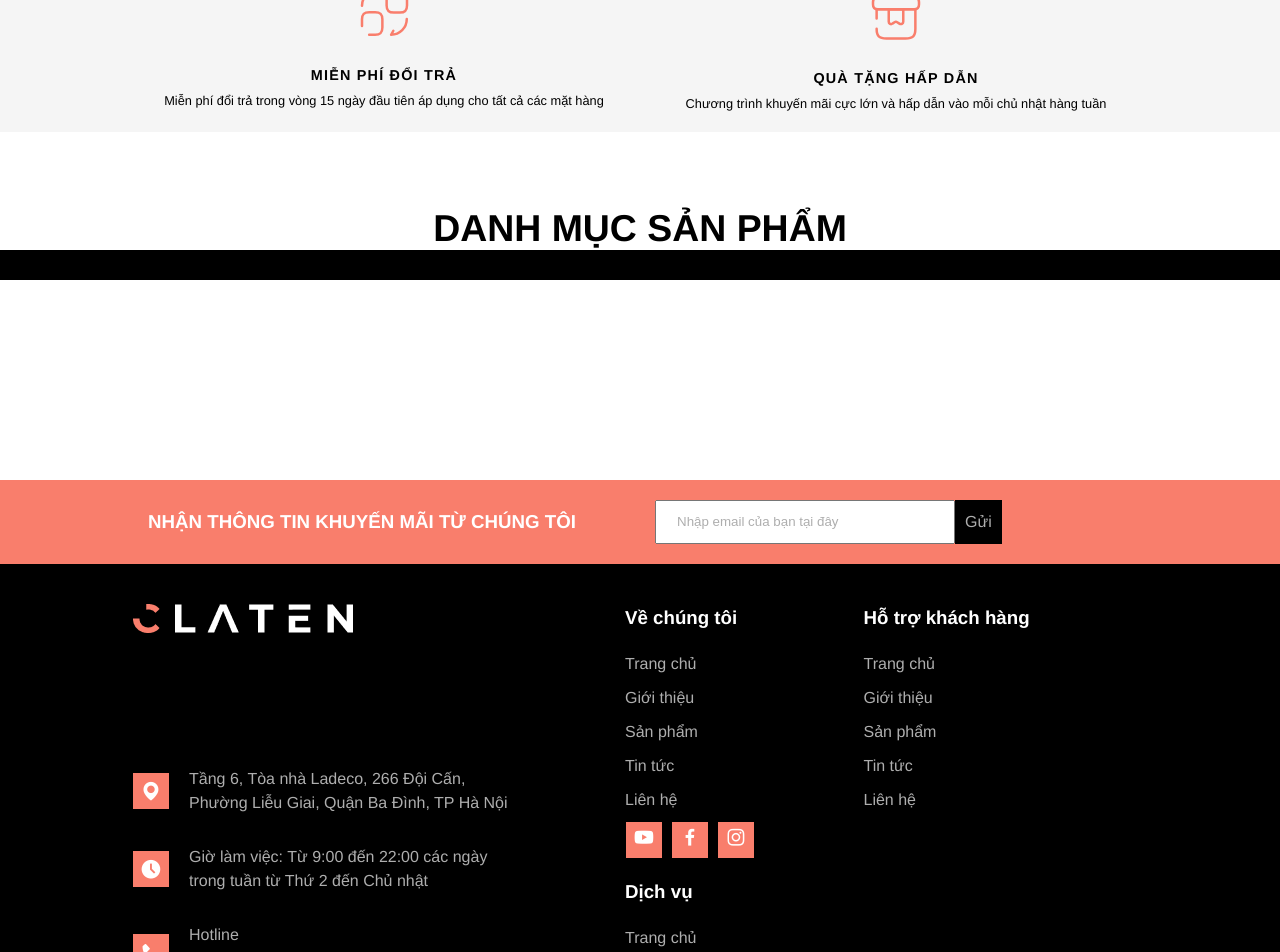
Repository: RennoPMXK/doan
Page: index.html
These files come from the project's save history. The page is drawn as it stood at one moment and after the next save; the edit follows.
The browser window is 1280 px wide. The pictures show the part of the page from y = 763 to 1715 px (the page is 1869 px tall before and 1842 px after).

Above is the page before, as saved 2021-11-16 20:30:34.

### index.html
<!DOCTYPE html>
<html lang="en">
<head>
    <meta charset="UTF-8">
    <meta http-equiv="X-UA-Compatible" content="IE=edge">
    <meta name="viewport" content="width=device-width, initial-scale=1.0">
    <title>Document</title>
    <link rel="stylesheet" href="./grid.css">
    <link rel="stylesheet" href="./style.css">
    <link rel="stylesheet" href="./responsible.css">
    <link href='https://unpkg.com/boxicons@2.0.9/css/boxicons.min.css' rel='stylesheet'>
</head>
<body>
    <div class="navbar">
        <div class="navbar-wrapper">
            <a class="logo">
                <img src="./img/logo.png" alt="">
            </a>

            <div class="navbar-menu mobile-menu">
                <i class='bx bx-x mobile-close-icon'></i>
                <li class="navbar-menu-item"><a class = 'active' href="#">Trang chủ</a></li>
                <li class="navbar-menu-item"><a href="#">Giới thiệu</a></li>
                <li class="navbar-menu-item"><a href="#">Sản phẩm <i class='bx bxs-down-arrow navbar-menu-icon'></i></a>
                    <ul class="navbar-sub-menu">
                        <li class="navbar-sub-menu-item"><a href="">Đồng hồ nam</a></li>
                        <li class="navbar-sub-menu-item"><a href="">Đồng hồ nữ</a></li>
                        <li class="navbar-sub-menu-item"><a href="">Đồng hồ mới về</a></li>
                        <li class="navbar-sub-menu-item"><a href="">Phụ kiện nam</a></li>
                        <li class="navbar-sub-menu-item"><a href="">Phụ kiện nữ</a></li>
                    </ul>
                </li>
                <li class="navbar-menu-item"><a href="#">Tin tức</a></li>
                <li class="navbar-menu-item"><a href="#">Liên hệ</a></li>
            </div>

            <div class="navbar-icon">
                 <li class="navbar-icon-item"><a href=""><i class='bx bx-search-alt'></i></a></li>
                 <li class="navbar-icon-item"><a href=""><i class='bx bx-user'></i></a></li>
                 <li class="navbar-icon-item"><a href="#"><i class='bx bx-shopping-bag bx-tada ' ></i></a></li>
                 <li class="navbar-icon-item"><a href="#"><i class='bx bx-menu-alt-right menu-icon'></i></a></li>

            </div>
        </div>
        <div class="modal"></div>
    </div>

    <div class="hero-section">

             <div class="bgimg slide-item fade" style="background-image: url(./img/1a\(32\).jpg)">
                 <div class="caption">
                     <h2 class="top-down delay-2">
                        ĐỒNG HỒ ROLEX

                     </h2>

                     <p class="top-down delay-4">
                       Lorem ipsum dolor sit amet consectetur adipisicing elit. Aut eligendi voluptates enim tempora cupiditate ex minus aperiam impedit maxime nam. Sunt neque amet veniam vitae adipisci impedit aliquam officia hic.
                     </p>

                     <button class="top-down delay-6">
                         MUA NGAY
                     </button>
                 </div>

             </div>


             <div class="bgimg slide-item fade" style="background-image: url(./img/dong-ho-thoi-trang-rolex-banner.jpg)">
                <div class="caption">
                    <h2>
                        ĐỒNG HỒ ROLEX
                    </h2>

                    <p>
                        Lorem ipsum dolor sit amet consectetur adipisicing elit. Aut eligendi voluptates enim tempora cupiditate ex minus aperiam impedit maxime nam. Sunt neque amet veniam vitae adipisci impedit aliquam officia hic.
                    </p>

                    <button>
                        MUA NGAY
                    </button>
                </div>

             </div>


             <div class="bgimg slide-item fade" style="background-image: url(./img/Banchay_Longines_banner-1024x427.jpg)">
                <div class="caption">
                    <h2>
                        ĐỒNG HỒ ROLEX
                    </h2>

                    <p>
                        Lorem ipsum dolor sit amet consectetur adipisicing elit. Aut eligendi voluptates enim tempora cupiditate ex minus aperiam impedit maxime nam. Sunt neque amet veniam vitae adipisci impedit aliquam officia hic.
                    </p>

                    <button>
                        MUA NGAY
                    </button>
                </div>

             </div>


             <div class="slide-control">
                <div class="slide-control-wrapper">
                    <span class="dot" onclick="chooseSlide(0)"></span>
                    <span class="dot"  onclick="chooseSlide(1)"></span>
                    <span class="dot" onclick="chooseSlide(2)" ></span>

                </div>
             </div>

    </div>

    <div class="hero-section-mini ">
        <div class="container row">
            <div class="hero-section-mini-item col-3 col-md-6 col-sm-6">
                <img src="./img/icon_service_1.svg" alt="">
                 <h3>VẬN CHUYỂN TOÀN CẦU</h3>
                 <p>Chúng tôi miễn phí vận chuyển tất cả đơn hàng trị giá trên 2.000.000Đ</p>
            </div>

            <div class="hero-section-mini-item col-3 col-md-6 col-sm-6">
               <img src="./img/icon_service_2.svg" alt="">
                <h3>HỖ TRỢ ONLINE 24/24</h3>
                <p>Chúng tôi luôn hỗ trợ khách hàng 24/24 tất cả ngày trong tuần</p>
           </div>

           <div class="hero-section-mini-item col-3 col-md-6 col-sm-6">
               <img src="./img/icon_service_3.svg" alt="">
                <h3>MIỄN PHÍ ĐỔI TRẢ</h3>
                <p>Miễn phí đổi trả trong vòng 15 ngày đầu tiên áp dụng cho tất cả các mặt hàng</p>
           </div>

           <div class="hero-section-mini-item col-3 col-md-6 col-sm-6">
               <img src="./img/icon_service_4.svg" alt="">
                <h3>QUÀ TẶNG HẤP DẪN</h3>
                <p>Chương trình khuyến mãi cực lớn và hấp dẫn vào mỗi chủ nhật hàng tuần</p>
           </div>

        </div>
    </div>

    <section class="product-list">
        <div class="section-title">
            <h3>DANH MỤC SẢN PHẨM</h3>
            <div class="title-line"></div>
        </div>
    </section>

    <div class="footer">
        <div class="footer-contact">
            <div class="container">
                <div class= "footer-contact-content row">
                    <h3 class="col-6 col-md-6 col-sm-12">NHẬN THÔNG TIN KHUYẾN MÃI TỪ CHÚNG TÔI</h3>
                    <div class="form col-6 col-md-6 col-sm-12">
                        <input type="text" placeholder="Nhập email của bạn tại đây"><a href="">Gửi</a></input>

                    </div>

                </div>

            </div>

         </div>
        <div class="container">

            <div class="wrapper row ">
                <div class="footer-logo row col-5 col-md-6 col-sm-12">
                    <a class="footer-img">
                        <img src="./img/logo.png" alt="">
                    </a>

                    <ul class="footer-des">
                           <li class="footes-des-item">
                               <div class="footer-des-icon">
                                    <i class='bx bxs-map'></i>
                               </div>
                               <p>Tầng 6, Tòa nhà Ladeco, 266 Đội Cấn,<br> Phường Liễu Giai, Quận Ba Đình, TP Hà Nội</p>
                           </li>
                           <li class="footes-des-item">
                                <div class="footer-des-icon">
                                    <i class='bx bxs-time-five' ></i>
                                </div>
                               <p>Giờ làm việc: Từ 9:00 đến 22:00 các ngày <br>trong tuần từ Thứ 2 đến Chủ nhật</p>
                           </li>
                           <li class="footes-des-item">
                            <div class="footer-des-icon">
                                <i class='bx bxs-phone' ></i>
                             </div>
                               <p>Hotline<br>
                                   <span>19006750</span>
                               </p>
                           </li>
                    </ul>
                </div>

                <div class="footer-menu row col-7 col-md-6 col-sm-12">
                     <div class="footer-menu-item col-4 col-md-6 col-sm-12">
                         <h3>Về chúng tôi</h3>
                         <ul>
                            <li><a href="">Trang chủ</a></li>
                            <li><a href="">Giới thiệu</a></li>
                            <li><a href="">Sản phẩm</a></li>
                            <li><a href="">Tin tức</a></li>
                            <li><a href="">Liên hệ</a></li>
                         </ul>

                         <div class="footer-social">
                            <li><a href=""><i class='bx bxl-youtube' ></i></a></li>
                            <li><a href=""><i class='bx bxl-facebook' ></i></a></li>
                            <li><a href=""><i class='bx bxl-instagram' ></i></a></li>
                       </div>
                     </div>

                     <div class="footer-menu-item col-4 col-md-6 col-sm-12">
                        <h3>Hỗ trợ khách hàng</h3>
                        <ul>
                           <li><a href="">Trang chủ</a></li>
                           <li><a href="">Giới thiệu</a></li>
                           <li><a href="">Sản phẩm</a></li>
                           <li><a href="">Tin tức</a></li>
                           <li><a href="">Liên hệ</a></li>
                        </ul>
                    </div>

                    <div class="footer-menu-item col-4 col-md-6 col-sm-12">
                        <h3>Dịch vụ</h3>
                        <ul>
                           <li><a href="">Trang chủ</a></li>
                           <li><a href="">Giới thiệu</a></li>
                           <li><a href="">Sản phẩm</a></li>
                           <li><a href="">Tin tức</a></li>
                           <li><a href="">Liên hệ</a></li>
                        </ul>
                    </div>



                </div>


            </div>
        </div>
    </div>


    <script src="./app.js"></script>
</body>
</html>

### grid.css
.row {
    display: flex;
    flex-wrap: wrap;
    margin: 0 -15px;
}

[class*="col-"] {
    padding: 0 15px;
}

.col-1 {
    width: 8.33%;
}

.col-2 {
    width: 16.66%;
}

.col-3 {
    width: 25%;
}

.col-4 {
    width: 33.33%;
}

.col-5 {
    width: 41.66%;
}

.col-6 {
    width: 50%;
}

.col-7 {
    width: 58.33%;
}

.col-8 {
    width: 66.66%;
}

.col-9 {
    width: 75%;
}

.col-10 {
    width: 83.33%;
}

.col-11 {
    width: 91.66%;
}

.col-12 {
    width: 100%;
}

/* MEDIUM SCREEN */

@media only screen and (max-width: 1280px) {
    .col-md-1 {
        width: 8.33%;
    }

    .col-md-2 {
        width: 16.66%;
    }

    .col-md-3 {
        width: 25%;
    }

    .col-md-4 {
        width: 33.33%;
    }

    .col-md-5 {
        width: 41.66%;
    }

    .col-md-6 {
        width: 50%;
    }

    .col-md-7 {
        width: 58.33%;
    }

    .col-md-8 {
        width: 66.66%;
    }

    .col-md-9 {
        width: 75%;
    }

    .col-md-10 {
        width: 83.33%;
    }

    .col-md-11 {
        width: 91.66%;
    }

    .col-md-12 {
        width: 100%;
    }
}

/* SMALL SCREEN */

@media only screen and (max-width: 850px) {
    .col-sm-1 {
        width: 8.33%;
    }

    .col-sm-2 {
        width: 16.66%;
    }

    .col-sm-3 {
        width: 25%;
    }

    .col-sm-4 {
        width: 33.33%;
    }

    .col-sm-5 {
        width: 41.66%;
    }

    .col-sm-6 {
        width: 50%;
    }

    .col-sm-7 {
        width: 58.33%;
    }

    .col-sm-8 {
        width: 66.66%;
    }

    .col-sm-9 {
        width: 75%;
    }

    .col-sm-10 {
        width: 83.33%;
    }

    .col-sm-11 {
        width: 91.66%;
    }

    .col-sm-12 {
        width: 100%;
    }
}

### style.css
:root {
    --orangeprime : #F97E6C;
    --blackrgba : rgba(0, 0, 0, 0.945);
    --footer-color : #AEAEAE;
    --mini-hero-color : #f5f5f5;
}

html {
box-sizing: border-box;
}
*{
margin: 0;
padding: 0;
}
*,*:before,*:after {
box-sizing: border-box;
}
input,
textarea,
select,
button{
outline: none;
}
input{
line-height: normal;
}
label,
button{
cursor: pointer;
}
a {
text-decoration: none;

}
img {
display: block;

}

ul{
    list-style-type: none;
}

body {
    font-family: Montserrat,"Helvetica Neue",Helvetica;
}

span {
    color: var(--orangeprime);
    cursor: pointer;
    transition : all 0.3s linear;
    font-size: 1.4rem;
    font-weight: bold;
}

span:hover {
    color : white
}

li {
    list-style-type: none;
}

section {
    margin-top: 75px;
}

.container {
    margin : 0 auto;
    padding: 0 10%;
}
/* navbar */

.navbar {
    background-color: black;
    position: relative;

}

.navbar-wrapper {
   padding : 20px 0px;
   display: flex;
   align-items: center;
   justify-content: space-evenly;
}

.navbar-menu {
    display: flex;
    list-style-type: none;
}

.navbar-menu-icon {
    font-size: 0.5rem;
    transform: translateY(-2.5px);
    transition : 0.2s linear;
}

.navbar-menu-icon{
    transition: 0.2s ease-in-out;
}

.navbar-menu-icon.active {
    transform: rotate(-180deg);
}

.navbar-menu-item {
    position: relative;
}

.navbar-menu-item a.active {
    color: var(--orangeprime);
}

.navbar-menu-item ~ .navbar-menu-item {
    margin-left: 30px;
}

.navbar-menu-item a {
    color: white;
    font-size: 1rem;
    transition: 0.2s ease-in-out;
    letter-spacing: 1px;
}


.navbar-menu-item a:hover {
    color : var(--orangeprime);
}

.navbar-menu-item:nth-child(3) {
    position: relative;
}



.navbar-sub-menu{
    width: 150px;
    position: absolute;
    list-style-type: none;
    padding : 20px;
    background-color: var(--blackrgba);
    top: 30px;
    z-index: 100;
    display : none;
    transition: all 0.2s ease-in-out;
}


.navbar-menu-item:active .navbar-sub-menu {
    display : block;
    top: 30px;
}




.navbar-sub-menu-item {
   margin : 10px 0;
}

.navbar-sub-menu.active {
    display : block;
}

.navbar-sub-menu-item a {
    font-size: 0.8rem;
    letter-spacing: 1.2px;
}

.navbar-icon {
    display: flex;
    list-style-type: none;
}

.navbar-icon-item ~ .navbar-icon-item {
    margin-left: 25px;
}

.navbar-icon-item a {
    color : white;
    font-size: 1.5rem;
    transition: 0.2s ease-in-out;
}

.navbar-icon-item a:hover {
    color : var(--orangeprime);
}

.navbar-icon-item:last-child {
    display: none;
}

.mobile-close-icon {
    display: none;
}

/* section-hero */

.hero-section {
    position: relative;
    height: 70vh;
}


.bgimg {
    height: 100%;
    position: relative;
    background-position: center;
    background-repeat: no-repeat;
    background-size: cover;
    display: flex;
}

.bgimg::after {
    content : '\A';
    position : absolute;
    width: 100%;
    height : 100%;
    top: 0;
    left : 0;
    background-color: rgba(0, 0, 0, 0.8);
}

.caption {
    position: absolute;
    top: 48%;
    left: 25%;
    transform: translate(-50% , -50%) ;
    text-align: left;
    z-index: 10;
    width: 34.7%;
}

.caption h2 {
    line-height: 1.5;
    color: white;
    margin-bottom: 20px;
    text-transform: uppercase;
    font-size: 2.1rem;
    letter-spacing: 1.2px;
}

.caption p {
    text-align: left;
    color : white;
    font-size: 1.2rem;
    letter-spacing: 1.2px;
    line-height: 1.5;
}

.caption button {
    background-color: white;
    border: 1px solid  transparent;
    color : red;
    padding : 10px 40px;
    font-size: 16px;
    font-weight: bold;
    text-transform: uppercase;
    margin-top: 30px;
    transition : background-color 0.5s ease , color 0.5s ease , width 0.6s;
}

.caption button:hover {
    color : white;
    cursor: pointer;
    background-color:  red;
}

.caption button:focus {
    outline : none;
}

.dot {
    cursor: pointer;
    height: 10px;
    width: 10px;
    margin: 0 2px;
    background-color: white;
    border-radius: 5px;
    display: inline-block;
}

.dot:hover {
    background-color: red;
}

.dot.active {
    background-color: red;
    width: 30px;
}

.slide-control {
    position: absolute;
    left: 50%;
    transform : translateX(-50%);
    bottom: 20px;
    width: 10px;
    text-align: center;
}

.slide-control-wrapper{
    display: inline-flex;
}

.slide-item {
    display: none;
}


.top-down {
    transform: translateY(-50px);
    visibility: hidden;
    opacity: 0;
    transition: 0.5s ease-in-out ;
}

.delay-2 {
    transition-delay: 0.2s;
}

.delay-4 {
    transition-delay: 0.4s;
}


.delay-6 {
    transition-delay: 0.6s;
}


.delay-8 {
    transition-delay: 0.8s;
}

.slide-item.active .top-down{
    transform: translateY(0);
    visibility: visible;
    opacity: 1;
}

/* mini hero section */

.hero-section-mini{
   background-color: var(--mini-hero-color);
}

.hero-section-mini-item {
    display: flex;
    padding : 20px 30px;
    gap: 10px;
    flex-direction:column;
    align-items: center;
    text-align: center;
}

.hero-section-mini-item img {
    margin-bottom: 20px;
    transition: 0.3s linear;
}

.hero-section-mini-item:hover img {
    transform: translateY(-10px);
}

.hero-section-mini-item h3 {
   font-size: 0.9rem;
   letter-spacing: 1.2px;
}

.hero-section-mini-item p {
   font-size: 0.8rem;
   line-height: 1.2;
}

/* product-list */

.product-list {

}

.section-title {
  font-size: 2rem;
  text-align:center;
}

.title-line{
   background-color: black;
   height: 30px
}


/* footer */
.footer {
    color: var(--footer-color);
    margin-top: 200px;
    background-color: black;
    line-height: 1.5;
}

.footer-contact {
    background-color: var(--orangeprime);


}

.footer-contact h3 {
  color :white;
}

.footer-contact-content {
    padding : 20px;
    display: flex;
    justify-content: space-around;
    align-items: center;
    flex-wrap: wrap;
}

.form input {
    padding: 10px 20px;
    width: 300px;
}

.form a {
    padding: 10px;
    background-color: black;
    color : white;
}

.form {
    display: flex;
    flex-wrap: nowrap;
}

::placeholder {
    color: var(--footer-color);
}

.footer a {
    color: var(--footer-color);
    transition : 0.3s linear;
}

.footer a:hover {
    color: var(--orangeprime);
}

.footer-menu h3 {
    margin-top: 20px;
    color : white;
    margin-bottom: 20px;
}

.wrapper {
    padding: 20px;
    position: relative;
}


.footes-des-item {
    margin-top: 30px;
    display : flex;
    align-items: center;
}

.footer-des-icon {
    display : flex;
    align-items: center;
    justify-content:center;
    width: 36px;
    height : 36px;
    background-color: var(--orangeprime);
    margin-right: 20px;
}

.footer-des-icon i {
    font-size: 1.4rem;
    color : white;

}


.footer-menu-item li {
    margin-top: 10px;
}

.footer-social {
    display : flex;
    transform: translateX(-9px);
}

.footer-img{
    margin-top: 20px;
}

.footer-social li  {
    display : flex;
    align-items: center;
    justify-content:center;
    text-align: center;
    margin-left: 10px;
    width: 36px;
    height : 36px;
    background-color: var(--orangeprime);
}

.footer-social li a {
   color : white;
   font-size: 1.4rem;
}

.footer-social li:hover a {
    color : white;
 }

 /* fade animation */

 .fade {
     animation-name: fade;
     animation-duration: 1s;
     -webkit-animation-name: fade;
     -webkit-animation-duration: 1s;
 }

 @keyframes fade {
     from { opacity: 0.4
    } to {
        opacity: 1
    }
 }

 @-webkit-keyframes fade {
    from { opacity: 0.4
   } to {
       opacity: 1
   }
}

### responsible.css


/* Tablet */

@media only screen and (max-width: 1024px){
   .navbar-menu {
       display: none;

   }

   .navbar-wrapper {
        justify-content: space-around;
   }


   .navbar-icon-item:last-child {
        display: block;
   }


   .navbar-menu {
    padding : 20px;
    width: 40vw;
    background-color: black;
    display: block;
    position: fixed;
    top: 60px;
    left: 0;
    height: 100vh;
    min-width: 300px;
}

    .navbar-menu-item {
        margin-left: 30px;
        padding: 20px;
    }

    .navbar-sub-menu{
        position: initial;
    }


    .mobile-menu {
        transform : translateX(-100%);
        transition: 0.4s ease-in-out;
        z-index: 100;
    }

    .mobile-menu.active {
        transform : translateX(0);
    }

    .modal {
        display: none;
        position: fixed;
        top: 0;
        bottom: 0;
        right: 0;
        left: 0;
        background-color: rgba(14, 13, 13, 0.6);
    }

    .modal.active {
        display : block
    }

    .mobile-close-icon {
        cursor: pointer;
        font-size: 1.5rem;
        display: block;
        color: white;
        position: absolute;
        top: 5px;
        right:10px;
    }


}


/* Mobile */

@media only screen and (max-width: 740px) {
  .logo img{
      height: 15px;
      transform: translateY(-9px);
  }

  .navbar-icon-item a {
    color : white;
    font-size: 1.2rem;
    transition: 0.2s ease-in-out;
  }

  .navbar-icon-item a:hover {
    color : white;
  }

  .caption {
      width: 40%;
      text-align: left;
  }

  .caption h2 {
      font-size: 1.8rem;
  }

  .caption p {
      font-size: 0.9rem;
  }

  .caption button {
      font-size: 0.8rem;
      width: 100%;

  }

}

Loaded but not shown: app.js (101 lines, source omitted)

After the next save:
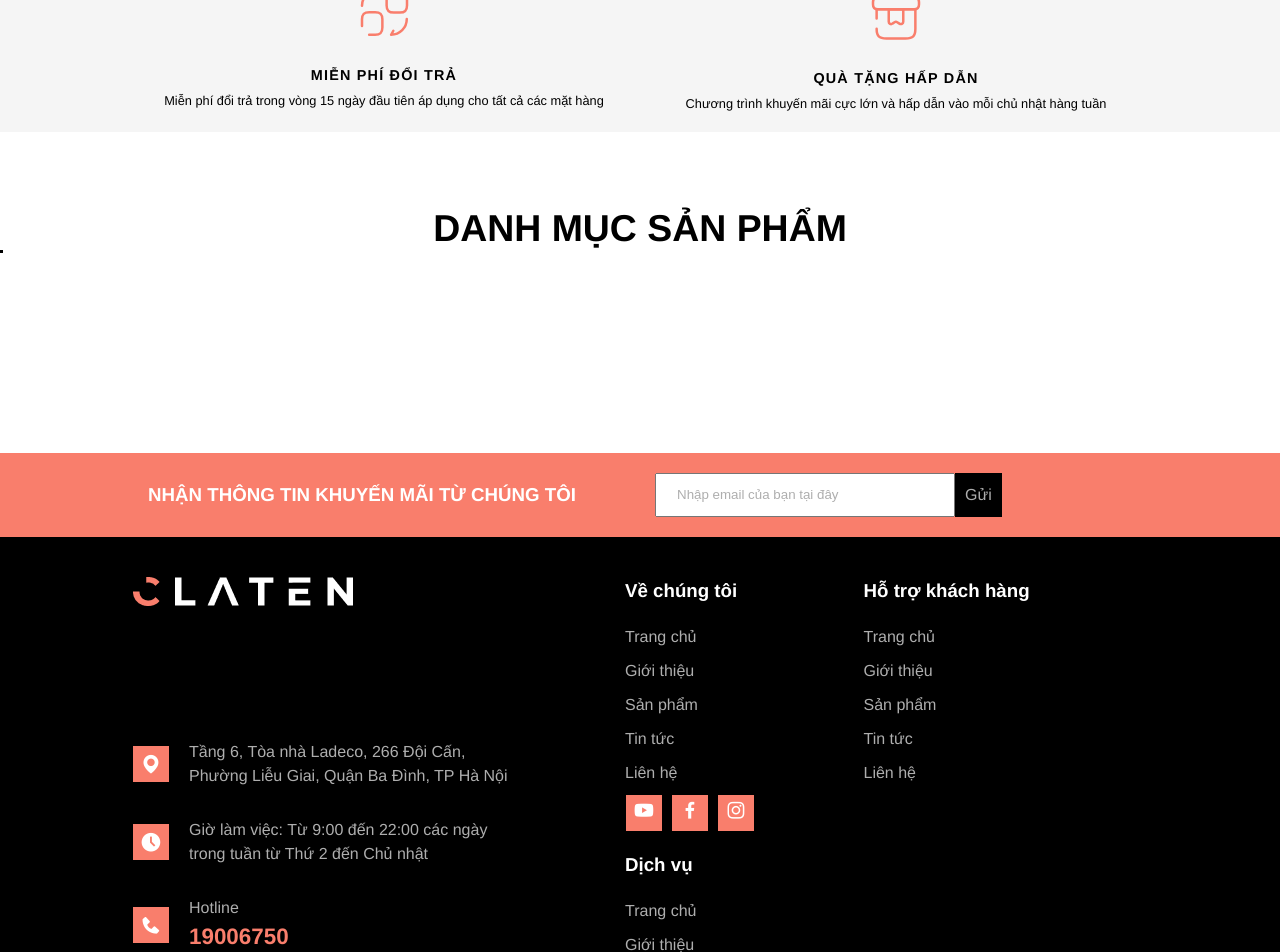
Saved 13 s later.
--- a/style.css
+++ b/style.css
@@ -385,7 +385,8 @@ section {
 
 .title-line{
    background-color: black;
-   height: 30px
+   height: 3px;
+   width: 3px;
 }
 
 
